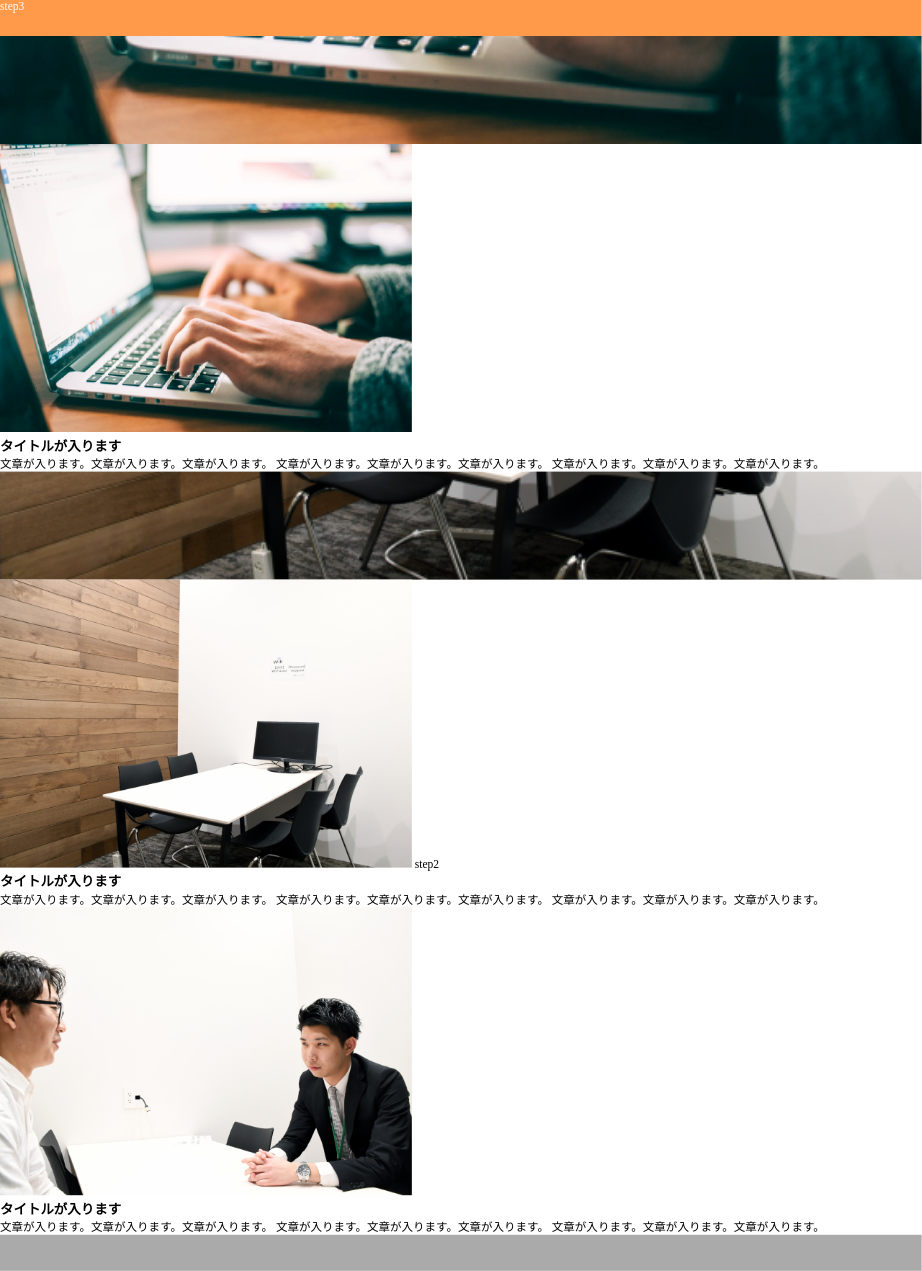
Repository: eyaonu/application2
Page: chapter9/answer9.html
The author's editor kept a record of every edit. The page is drawn from the files as they stood at one moment, then again after the next edit.
The browser window is 1280 px wide. The pictures show the whole page, at 72% of full size.

Above is the page before.

After the next edit:
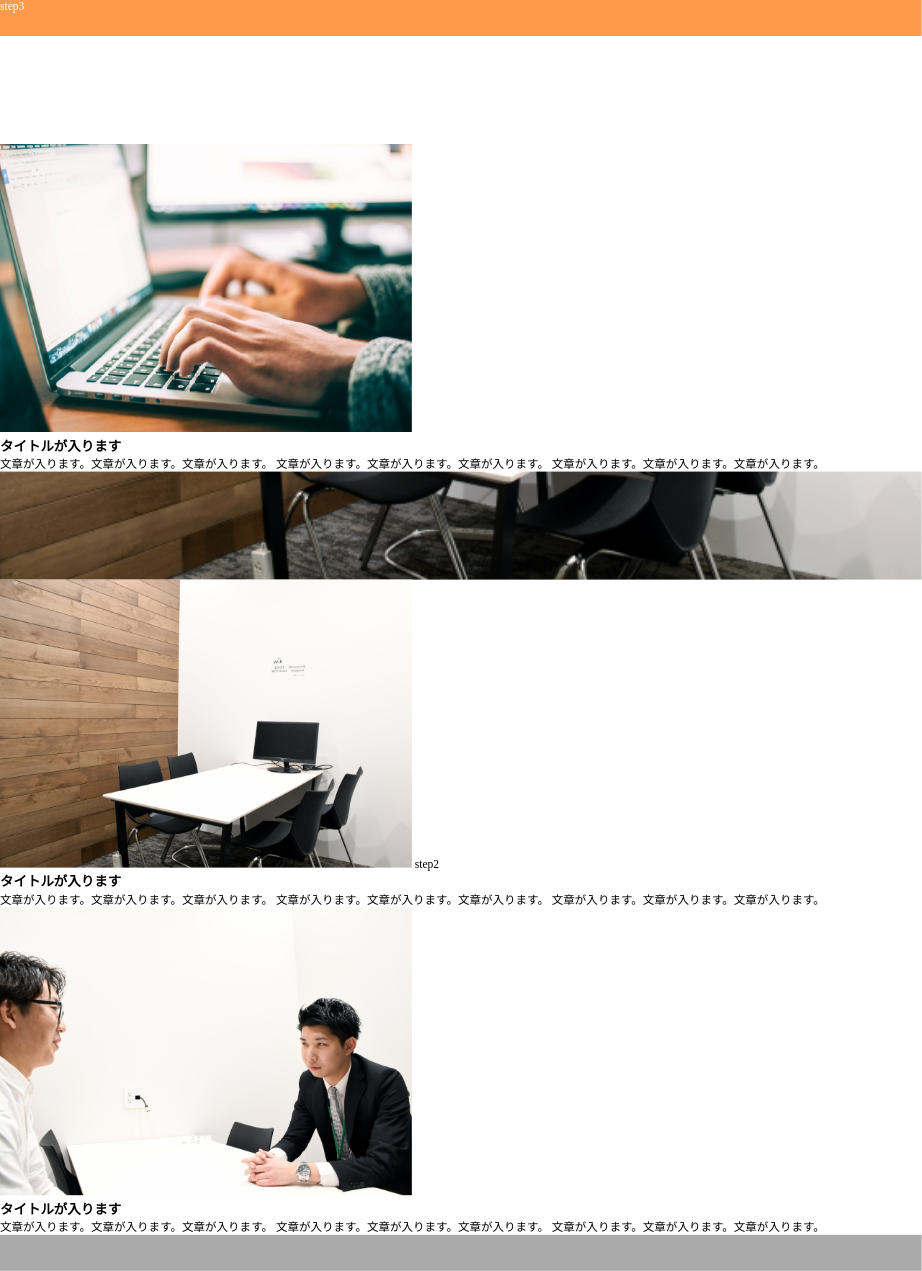
The edit:
--- a/chapter9/style9.css
+++ b/chapter9/style9.css
@@ -34,7 +34,7 @@
 
 .step-img1 {
   height: 150px;
-  background-image: url(img/flow01.png);
+/*  background-image: url(img/flow01.png);*/
   background-position: bottom;
   background-size: cover;
 }
